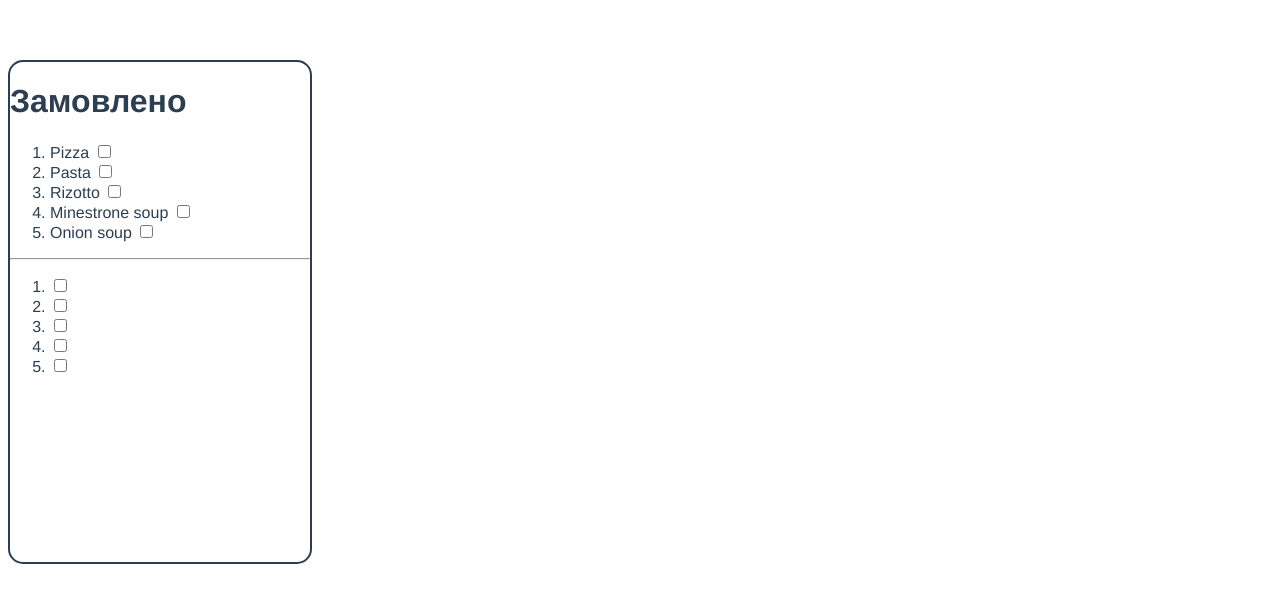
Repository: Salexandraa/HOME_Subotina
Page: / (app in order-list/)
An editor plug-in stored every save of this project. The page is shown before and after the next save, followed by the edit.
The browser window is 1280 px wide. The pictures show the whole page.
The project was rebuilt for these pictures with package versions that can differ from the ones it lists, and the page was loaded fresh each time.

Above is the page before, as saved 2020-10-09 15:34:45.

### order-list/src/App.vue
<template>
  <div id="app">
  <reserved :listDishes= "dishesList"
  title='Замовлено'

  />
  </div>
</template>

<script>
import Reserved from "./components/CheckList/Reserved";
import dishesList from "../settings"
export default {
  name: "App",
  components: {
    Reserved,
  },
  data() {
    return {
      dishesList
      // dishesList: [
      //   {
      //     id: 1,
      //     name: "Pizza",
      //   },
      //    {
      //     id: 2,
      //     name: "Pasta",
      //   },
      //    {
      //     id:3,
      //     name: "Rizzoto",
      //   },
      //    {
      //     id: 4,
      //     name: "Minestrone soup",
      //   },
      //    {
      //     id:5,
      //     name: "Onion soup",
      //   },
      // ],
    };
  },
};
</script>

<style>
#app {
  font-family: Avenir, Helvetica, Arial, sans-serif;
  -webkit-font-smoothing: antialiased;
  -moz-osx-font-smoothing: grayscale;
  /* text-align: center; */
  color: #2c3e50;
  margin-top: 60px;
}
</style>

### order-list/src/components/CheckList/Reserved/index.vue
<template>
    <div class="container">
<div>
    <h1>{{title}}</h1>
</div>
 <div><ol >
        <li v-for="item in listDishes" :key="item.name"  >
          {{item.name}}  <input type="checkbox"  v-model="item.names"  >
        </li>

    </ol>

    <!-- <select v-model="chekedNames">
  <option v-for="item in listDishes" v-bind:name="item.name" :key="item.name">
    {{ item.name }}
  </option>
</select> -->

</div>
<hr>
<div>
    <!-- <span>Выбрано: {{ checkedNames }}</span> -->
      <ol>
        <li v-for="item in listDishes" :key="item.id" >
           {{item.names}} <input type="checkbox" >
        </li>

    </ol>

</div>
    </div>
</template>

<script>
    export default {
        name: "Reserved",
        props: {
             listDishes: {
                type: Array,
                default: ()=>[]
            },
            title: {
                type: String,
                default: '',

            },



                // methods: {
                //     addDish() {
                //         if(this.chekedNames === true)


                //     }
                // },
  },
    }
</script>

<style lang="css" scoped>
.container{
    width: 300px;
    height: 500px;
    border: 2px solid;
    border-radius: 15px;
}
</style>

### order-list/settings.js
export default [
    {
      id: 1,
      name: "Pizza",
    },
     {
      id: 2,
      name: "Pasta",
    },
     {
      id:3,
      name: "Rizotto",
    },
     {
      id: 4,
      name: "Minestrone soup",
    },
     {
      id:5,
      name: "Onion soup",
    },
  ]

Loaded but not shown: order-list/public/index.html (common file); order-list/src/main.js (common file)

After the next save:
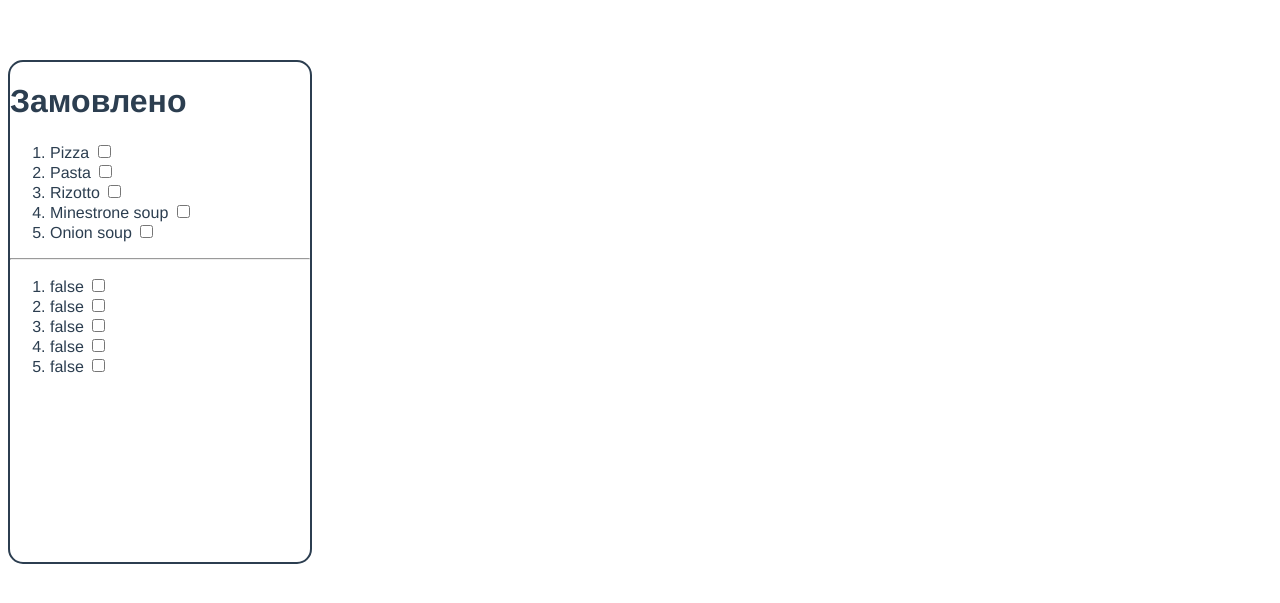
Saved 13 s later.
--- a/order-list/src/components/CheckList/Reserved/index.vue
+++ b/order-list/src/components/CheckList/Reserved/index.vue
@@ -22,7 +22,7 @@
     <!-- <span>Выбрано: {{ checkedNames }}</span> -->
       <ol>
         <li v-for="item in listDishes" :key="item.id" >
-           {{item.names}} <input type="checkbox" >
+           {{item.names===item.name}} <input type="checkbox" >
         </li>
 
     </ol>

After the save that followed:
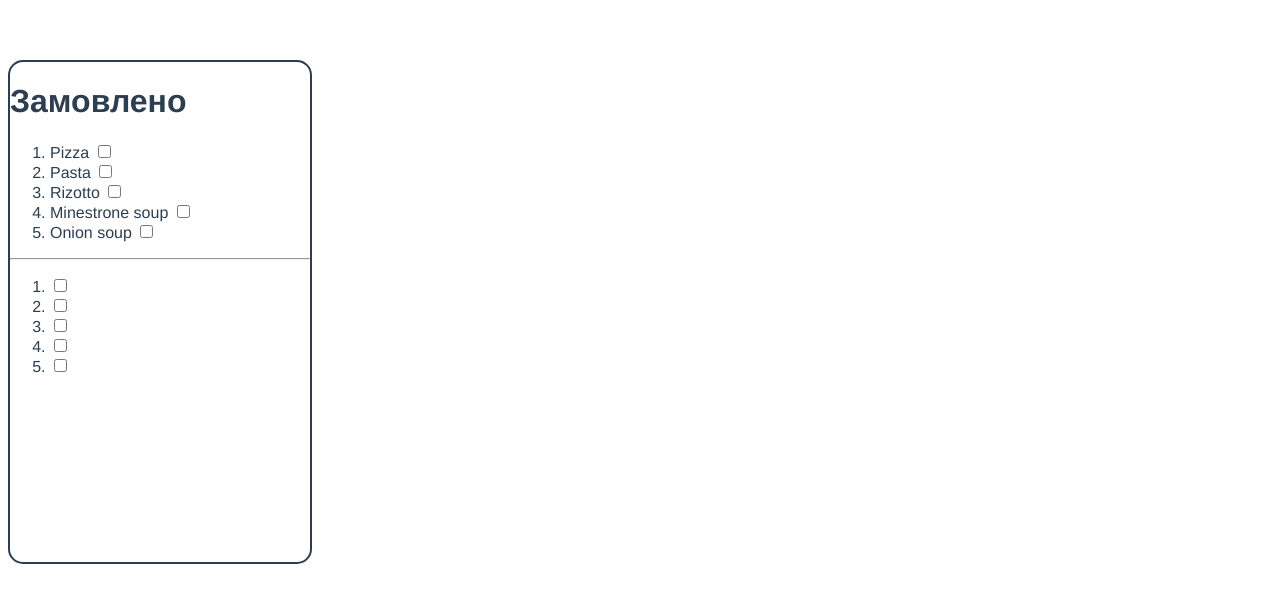
Saved 12 s later.
--- a/order-list/src/components/CheckList/Reserved/index.vue
+++ b/order-list/src/components/CheckList/Reserved/index.vue
@@ -22,7 +22,7 @@
     <!-- <span>Выбрано: {{ checkedNames }}</span> -->
       <ol>
         <li v-for="item in listDishes" :key="item.id" >
-           {{item.names===item.name}} <input type="checkbox" >
+           {{item.names}} <input type="checkbox" >
         </li>
 
     </ol>
